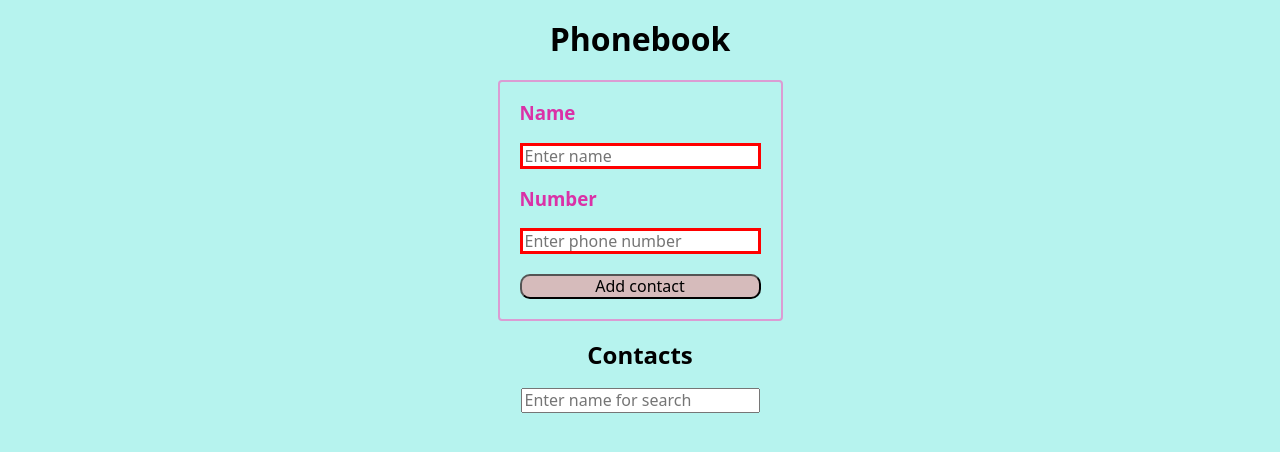
Repository: DarynaProkopchuk/goit-react-hw-07-phonebook
Page: /
These files come from the project's save history. The page is drawn as it stood at one moment and after the next save; the edit follows.
The browser window is 1280 px wide. The pictures show the whole page.
The project was rebuilt for these pictures with package versions that can differ from the ones it lists, and the page was loaded fresh each time. Requests to the local data server were answered from the project's data file. Also part of the build but not shown: src/components/ContactList/ContactList.module.css.

Above is the page before, as saved 2021-06-18 23:08:58.

After the next save:
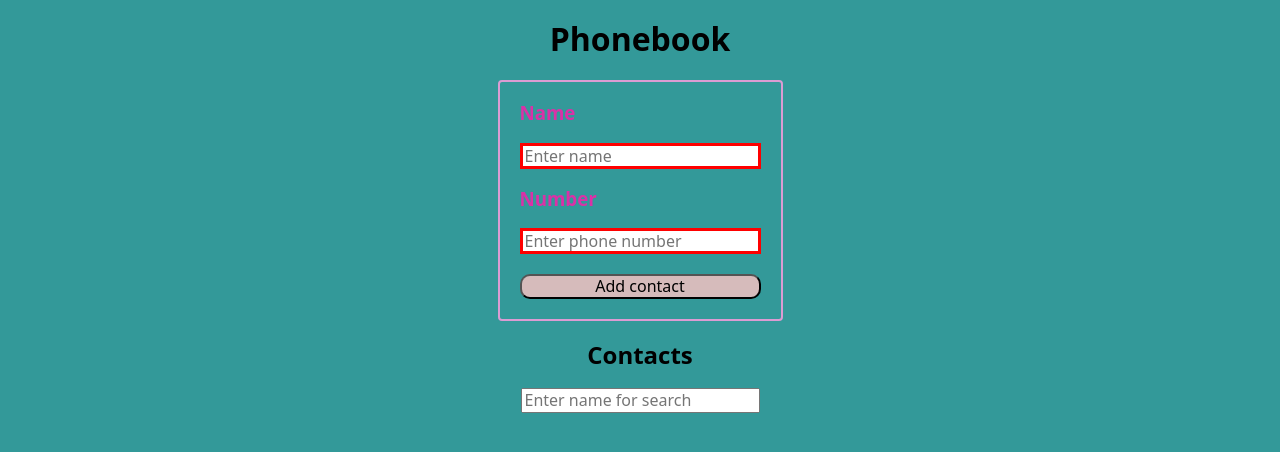
Saved 21 h 9 min later.
--- a/src/styles.css
+++ b/src/styles.css
@@ -1,3 +1,3 @@
 body {
-  background-color: rgb(182, 243, 238);
+  background-color: rgb(51, 153, 153);
 }
